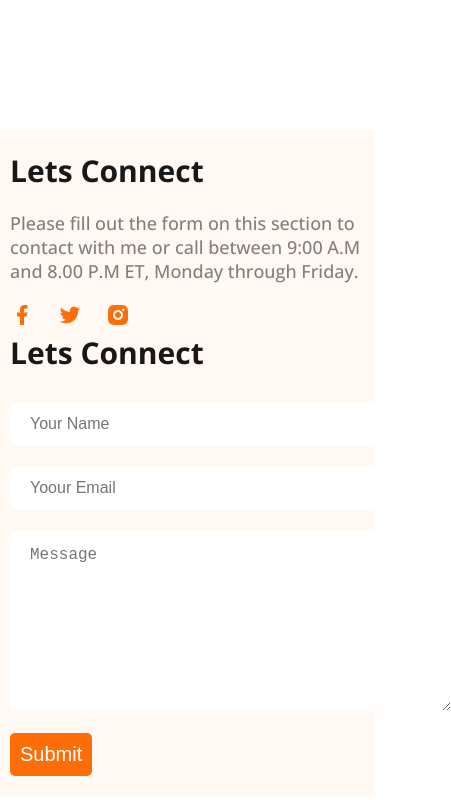
Repository: nahid-hasann/website-1
Page: index.html
An editor plug-in stored every save of this project. The page is shown before and after the next save, followed by the edit.
The browser window is 375 px wide. The page is 451 px wide, so the pictures cover 451 px, including what lies to the right of the window. The pictures show the whole page.

Above is the page before, as saved 2025-07-16 11:32:15.

After the next save:
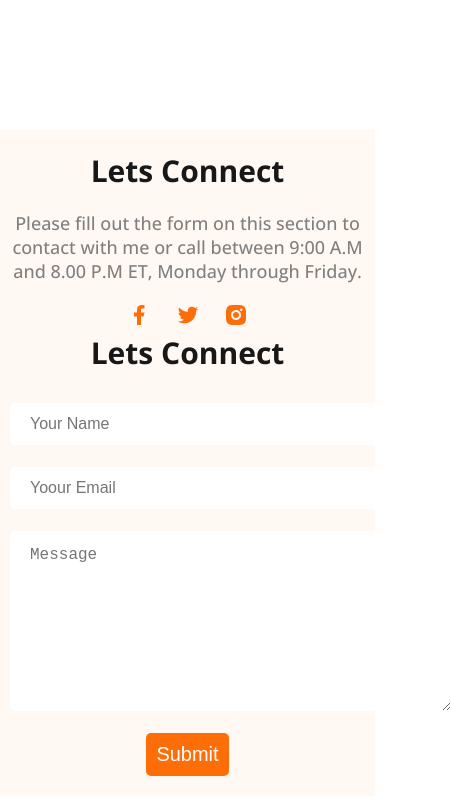
Saved 18 s later.
--- a/style.css
+++ b/style.css
@@ -353,5 +353,6 @@
 
     .footer-column{
         max-width: 100%;
-    }
-}
+        text-align: center;
+    }
+}
